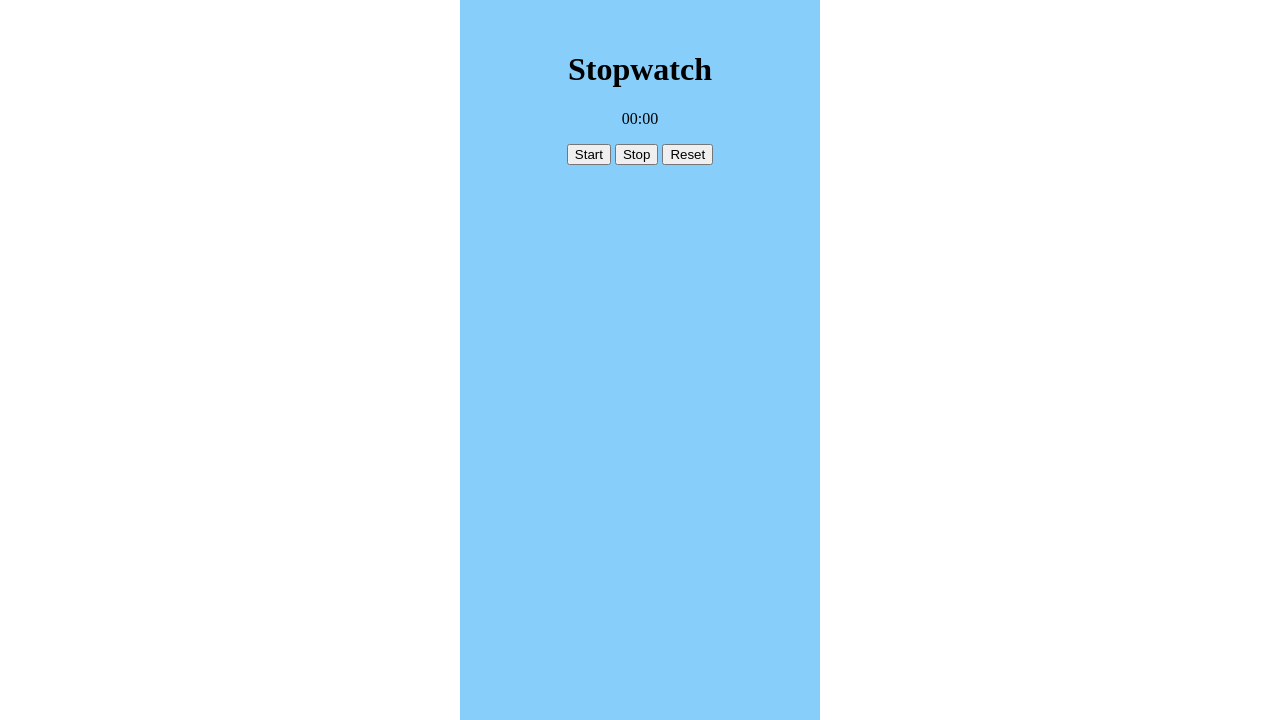
Repository: LeyaAbraham/web-dev
Page: clock.html
An editor plug-in stored every save of this project. The page is shown before and after the next save, followed by the edit.
The browser window is 1280 px wide. The pictures show the whole page.

Above is the page before, as saved 2021-01-05 23:08:23.

### clock.html
<!DOCTYPE html>
<html>

<head>
    <title>Page Title</title>
    <link rel="stylesheet" href="style.css" type="text/css">

</head>

<body>
    <div id="wrap">
        <h1>Stopwatch</h1>
        <p><span id="seconds">00</span>:<span id="nano">00</span></p>
        <button id="start">Start</button>
        <button id="stop">Stop</button>
        <button id="reset">Reset</button>
    </div>
    <script src="clock.js"></script>
</body>

</html>

### style.css
#wrap {
    background-color: lightskyblue;
    border-color: lightyellow;
    text-align: center;
    padding: 30px;
    margin: 30px;
    width: 300px;
    position: absolute;
	top:0;
	bottom: 0;
	left: 0;
	right: 0;

	margin: auto;

}

### clock.js
window.onload = function () {

    var seconds = 00;
    var nano = 00;

    var interval;
    document.getElementById("start").onclick = start;
    document.getElementById("stop").onclick = stop;
    document.getElementById("reset").onclick = reset;

    function start() {

        interval = setInterval(runTimer, 10);

    }

    function stop() {
        clearInterval(interval);
    }

    function reset() {
        clearInterval(interval);
        nano = 00;
        seconds = 00;
        document.getElementById("nano").innerHTML = "00";
        document.getElementById("seconds").innerHTML = "00";
    }

    function runTimer() {
        var num = nano++;
        console.log(num);

        if (nano > 9) {
            console.log("in if");
            document.getElementById("nano").innerHTML = nano;
        }
        if (nano < 9) {
            document.getElementById("nano").innerHTML = "0" + nano;
        }
        if (nano > 99) {
            seconds++;
            nano = 0;
            document.getElementById("seconds").innerHTML = "0" + seconds;

        }

        if (seconds > 9) {
            document.getElementById("seconds") = seconds;
        }
    }
}

After the next save:
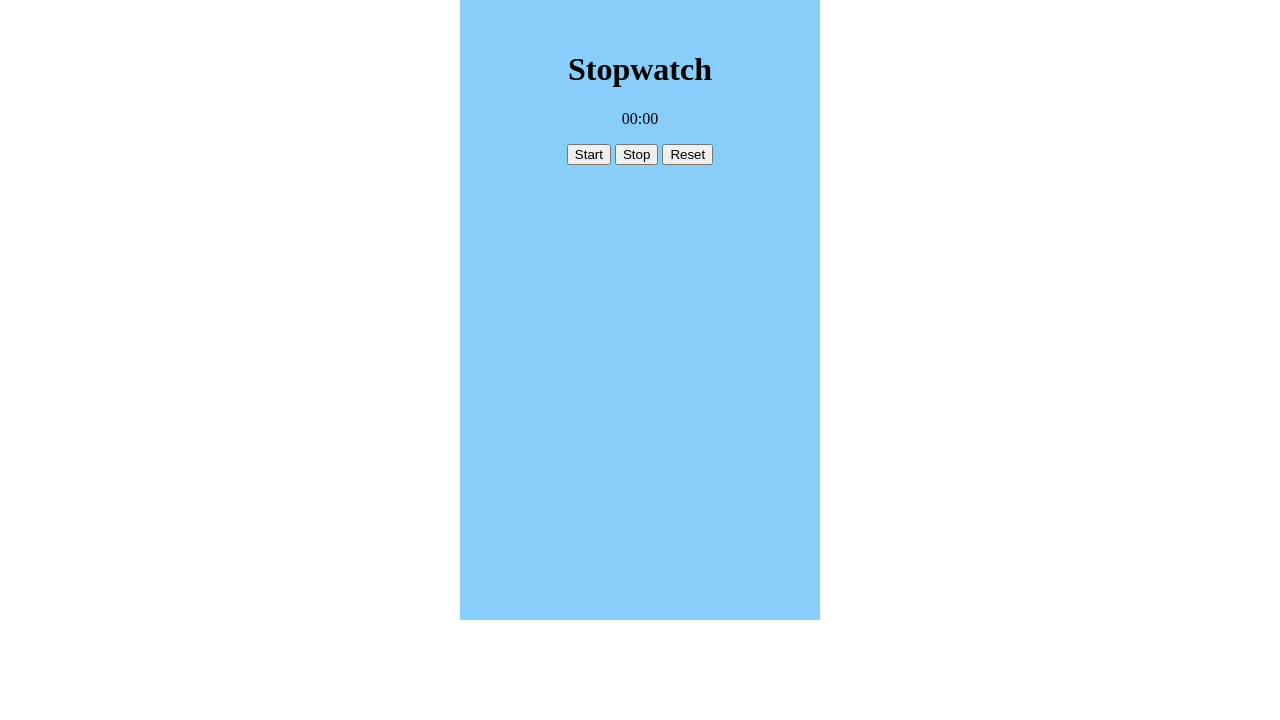
Saved 15 s later.
--- a/style.css
+++ b/style.css
@@ -7,7 +7,7 @@
     width: 300px;
     position: absolute;
 	top:0;
-	bottom: 0;
+	bottom: 100px;
 	left: 0;
 	right: 0;
 
